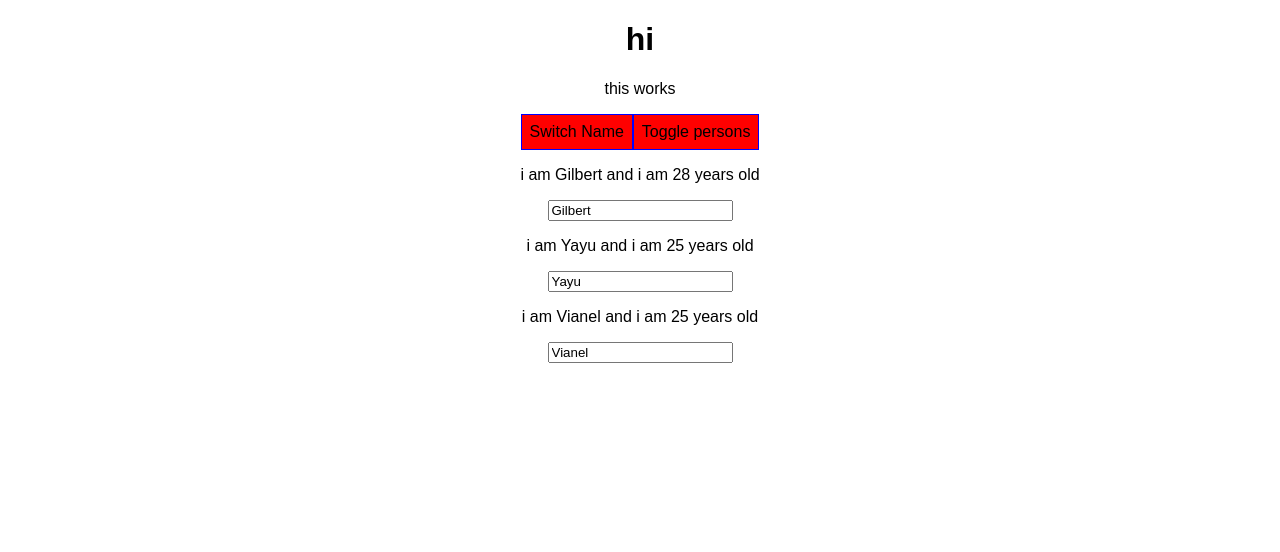
Repository: toni783/udemy_react
Page: / (app in react-complete-guide/), after clicking the first element matching `div.App > :nth-child(4)`
The author's editor kept a copy of each file at every save. The page is drawn from the files as they stood at one save, then again after the next save.
The browser window is 1280 px wide. The pictures show the whole page.
The project was rebuilt for these pictures with package versions that can differ from the ones it lists, and the page was loaded fresh each time.

Above is the page before, as saved 2020-01-27 11:10:10.

### react-complete-guide/src/App.js
// class based approach
import React, { Component } from "react";

import "./App.css";

import Person from "./Person/Person";

class App extends Component {
  state = {
    persons: [
      { id: 1, name: "Gilbert", age: 28 },
      { id: 2, name: "Yayu", age: 25 },
      { id: 3, name: "Vianel", age: 25 }
    ],
    otherProperty: "anything can be here ",
    showPersons: false
  };

  switchNameHandler = name => {
    // console.log('button clicked')
    this.setState({
      persons: [
        {
          name: name,
          age: 28
        },
        {
          name: "Yayu edited",
          age: 25
        }
      ]
    });
  };

  deletePersonHandler = index => {
    // const persons = this.state.persons;
    const persons = [...this.state.persons];
    persons.splice(index, 1);
    this.setState({ persons });
  };

  nameChangeHandler = (event, id) => {
    const personIndex = this.state.persons.findIndex(value => {
      return value.id === id;
    });

    const person = {
      ...this.state.persons[personIndex]
    };

    person.name = event.target.value;

    const persons = [...this.state.persons];
    persons[personIndex] = person;

    this.setState({ persons });
  };

  togglePersonsHandler = () => {
    const toggle = this.state.showPersons;
    this.setState({
      showPersons: !toggle
    });
  };

  render() {
    const style = {
      backgroundColor: "white",
      font: "inherit",
      border: "1px solid blue",
      padding: "8px",
      cursor: "pointer"
    };

    let persons = null;

    if (this.state.showPersons) {
      persons = (
        <div>
          {/* <Person
            clicked={this.switchNameHandler.bind(this, "Gilbert with binding")}
            name={this.state.persons[0].name}
            age={this.state.persons[0].age}
          />

          <Person
            name={this.state.persons[1].name}
            age={this.state.persons[1].age}
            changed={this.nameChangeHandler}
          >
            {" "}
            and the inner content is this{" "}
          </Person> */}

          {this.state.persons.map((person, index) => {
            return (
              <Person
                clicked={() => this.deletePersonHandler(index)}
                name={person.name}
                age={person.age}
                key={person.id}
                changed={event => this.nameChangeHandler(event, person.id)}
              ></Person>
            );
          })}
        </div>
      );

      style.backgroundColor = "red";
    }

    const clasess = [];
    if (this.state.persons.length <= 2) {
      clasess.push("red");
    }

    if (this.state.persons.length <= 1) {
      clasess.push("bold");
    }

    return (
      <div className="App">
        <h1>hi </h1>
        <p className={clasess.join(" ")}>this works </p>

        <button
          key="buttonHover"
          style={style}
          onClick={() => this.switchNameHandler("Gilbert with arrow function ")}
        >
          {" "}
          Switch Name{" "}
        </button>

        <button style={style} onClick={this.togglePersonsHandler}>
          Toggle persons
        </button>
        {persons}

        {/* turnary approach */}
        {/* {this.state.showPersons ? (
          <div>
            <Person
              clicked={this.switchNameHandler.bind(
                this,
                "Gilbert with binding"
              )}
              name={this.state.persons[0].name}
              age={this.state.persons[0].age}
            />

            <Person
              name={this.state.persons[1].name}
              age={this.state.persons[1].age}
              changed={this.nameChangeHandler}
            >
              {" "}
              and the inner content is this{" "}
            </Person>
          </div>
        ) : null} */}
      </div>
    );
  }
}

export default App;

// functional  based approach
// import React, { useState } from 'react';
// import './App.css';

// import Person from './Person/Person'

//  const app = props => {

//   const [personState, setPersonState] = useState(
//     {
//       persons: [
//         {
//           name: 'Gilbert',
//           age: 28
//         },
//         {
//           name: 'Yayu',
//           age: 25
//         }
//       ],
//      otherProperty: 'anything can be here '
//     }
//   );

//   const [otherState, setOtherState] =  useState({  otherProperty: 'anything can be here in other state '});

//   const switchNameHandler = () =>{
//     // console.log('button clicked')
//     setPersonState(
//       {
//         persons: [
//           {
//             name: 'Gilbert edited',
//             age: 28
//           },
//           {
//             name: 'Yayu edited',
//             age: 25
//           }
//         ]
//       }
//     );
//   }

// console.log(personState, otherState)

//     return (
//       <div className="App">
//            <h1>hi </h1>
//           <p>this works </p>

//           <button onClick={switchNameHandler}> Switch Name  </button>

//           <Person name={personState.persons[0].name} age={personState.persons[0].age}/>

//           <Person name={personState.persons[1].name} age={personState.persons[1].age}> and the inner content is this </Person>

//       </div>
//     );

// }

// export default app;

### react-complete-guide/src/App.css
.App {
  text-align: center;
}

.App-logo {
  animation: App-logo-spin infinite 20s linear;
  height: 80px;
}

.App-header {
  background-color: #222;
  height: 150px;
  padding: 20px;
  color: white;
}

.App-title {
  font-size: 1.5em;
}

.App-intro {
  font-size: large;
}

@keyframes App-logo-spin {
  from {
    transform: rotate(0deg);
  }

  to {
    transform: rotate(360deg);
  }
}

.red {
  color: red;
}

.bold {
  font-weight: bold;
}

### react-complete-guide/src/Person/Person.js
import React from "react";
// import "./Person.css";
import styled from "styled-components";

const StyledDiv = styled.div`
  width: 60%;
  margin: 16px auto;
  border: 1px solid #eee;
  padding: 16px;
  text-align: center;

  @media (min-width: 500px) {
    width: "450px";
  }
`;

const person = props => {
  return (
    <div className="Person">
      <p onClick={props.clicked}>
        i am {props.name} and i am {props.age} years old{" "}
      </p>
      <p> {props.children} </p>

      <input onChange={props.changed} value={props.name} type="text" />
    </div>
  );
};

export default person;

Loaded but not shown: react-complete-guide/public/index.html (common file); react-complete-guide/src/index.js (common file); react-complete-guide/src/index.css (common file); react-complete-guide/src/registerServiceWorker.js (common file)

After the next save:
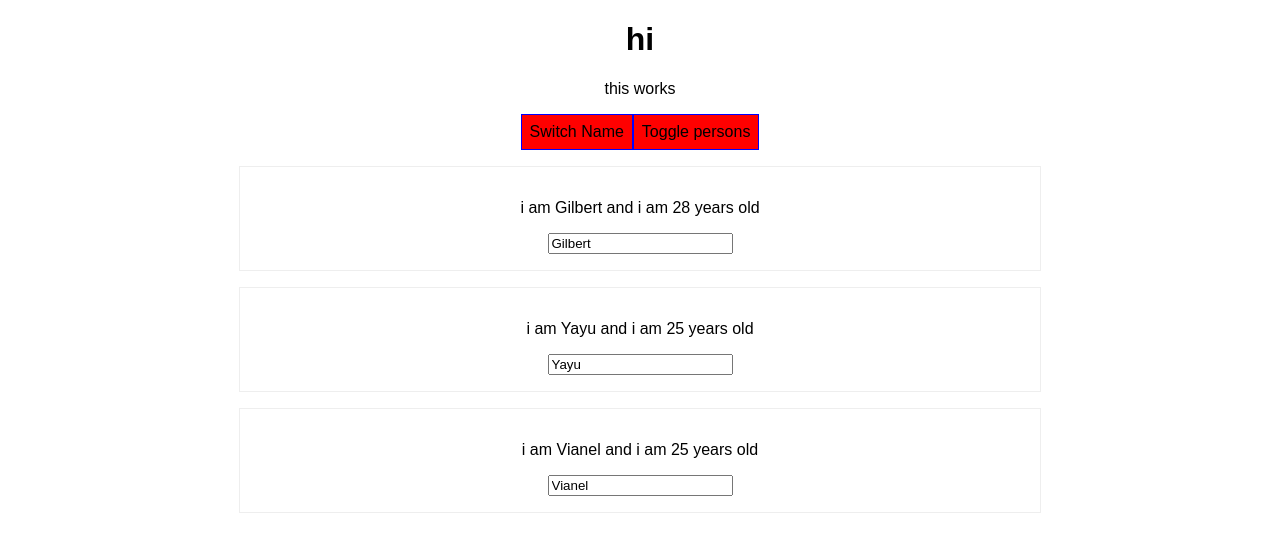
Saved 32 s later.
--- a/react-complete-guide/src/Person/Person.js
+++ b/react-complete-guide/src/Person/Person.js
@@ -16,14 +16,14 @@ const StyledDiv = styled.div`
 
 const person = props => {
   return (
-    <div className="Person">
+    <StyledDiv>
       <p onClick={props.clicked}>
         i am {props.name} and i am {props.age} years old{" "}
       </p>
       <p> {props.children} </p>
 
       <input onChange={props.changed} value={props.name} type="text" />
-    </div>
+    </StyledDiv>
   );
 };
 
